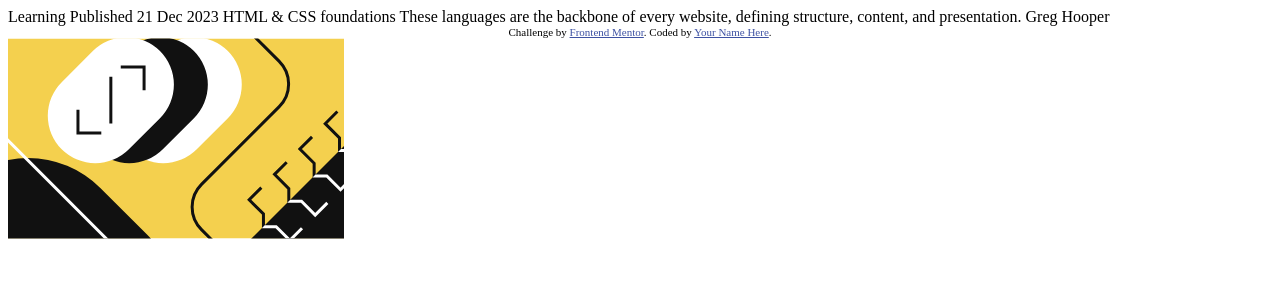
Repository: Dayvid0/FRONTEND_MENTOR_CHALLENGES
Page: index.html
An editor plug-in stored every save of this project. The page is shown before and after the next save, followed by the edit.
The browser window is 1280 px wide. The pictures show the whole page.

Above is the page before, as saved 2025-03-13 12:47:46.

### index.html
<!DOCTYPE html>
<html lang="en">
<head>
  <meta charset="UTF-8">
  <meta name="viewport" content="width=device-width, initial-scale=1.0"> <!-- displays site properly based on user's device -->
  <link rel="icon" type="image/png" sizes="32x32" href="./assets/images/favicon-32x32.png">
  <title>Frontend Mentor | Blog preview card</title>
  <!-- Feel free to remove these styles or customise in your own stylesheet 👍 -->
  <style>
    .attribution { font-size: 11px; text-align: center; }
    .attribution a { color: hsl(228, 45%, 44%); }
  </style>
</head>
<body>
  Learning
  Published 21 Dec 2023
  HTML & CSS foundations
  These languages are the backbone of every website, defining structure, content, and presentation.
  Greg Hooper
  <div class="attribution">
    Challenge by <a href="https://www.frontendmentor.io?ref=challenge" target="_blank">Frontend Mentor</a>.
    Coded by <a href="#">Your Name Here</a>.
  </div>
  <div class="card">
    <div class="img">
      <img src="/assets/images/illustration-article.svg"
    </div>
    <div class="learning button"></div>
  </div>
</body>
</html>

After the next save:
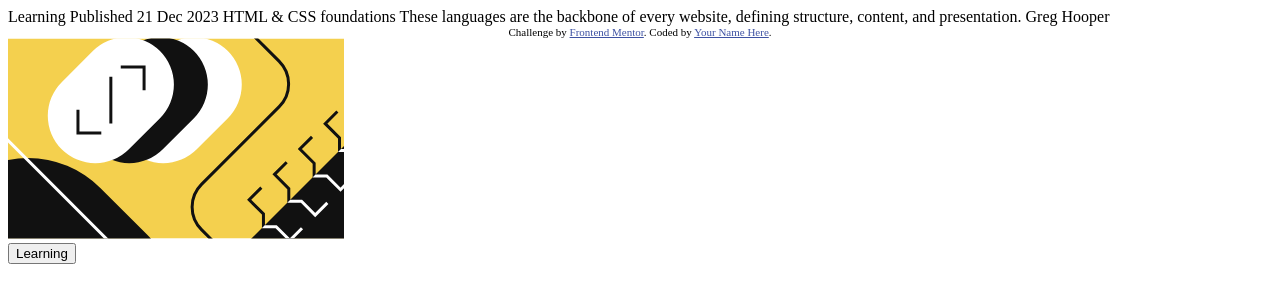
Saved 37 s later.
--- a/index.html
+++ b/index.html
@@ -25,7 +25,9 @@
     <div class="img">
       <img src="/assets/images/illustration-article.svg"
     </div>
-    <div class="learning button"></div>
+    <div class=" button">
+      <button class="learning">Learning</button>
+    </div>
   </div>
 </body>
 </html>
